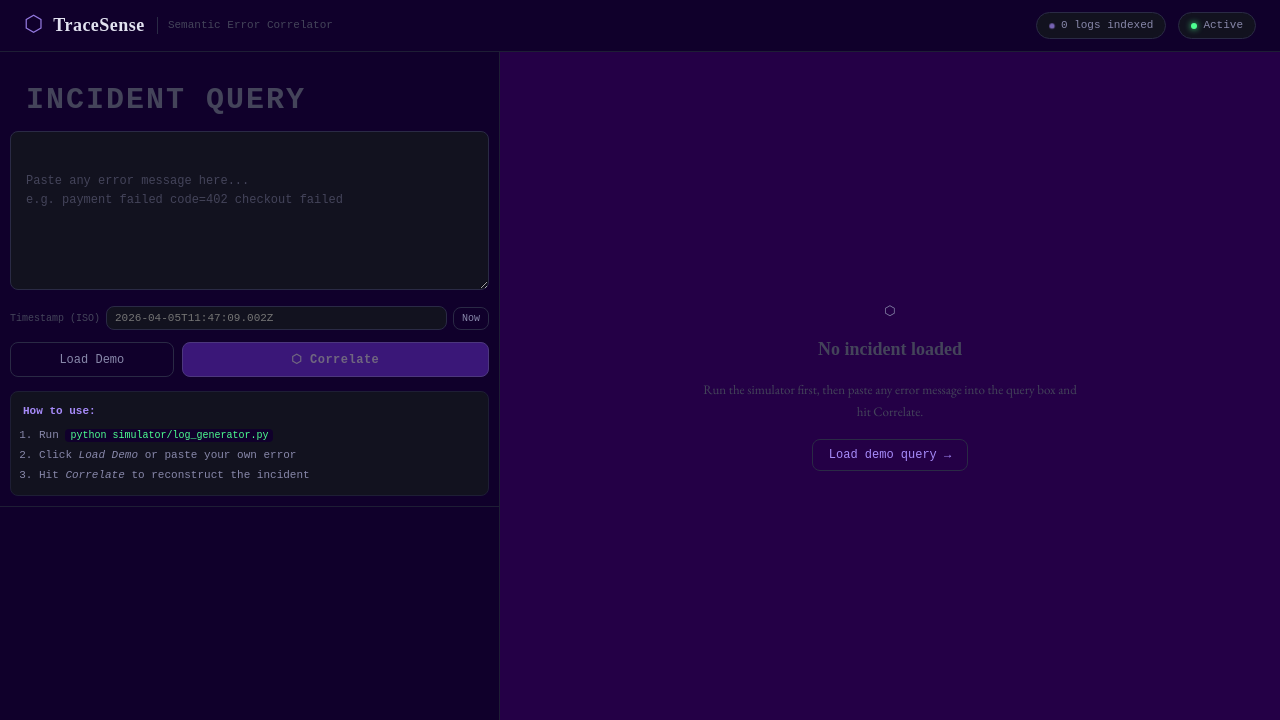
Repository: SaranyaM15/AI_Engineer_Journey
Page: / (app in tracesense/frontend/)
An editor plug-in stored every save of this project. The page is shown before and after the next save, followed by the edit.
The browser window is 1280 px wide. The pictures show the whole page.
The page's requests for data from a server got no answer. Some web fonts or font styles are not loaded; a fallback is used. The project was rebuilt for these pictures with package versions that can differ from the ones it lists, and the page was loaded fresh each time. No one was signed in, and anything a server would have sent is missing. Also part of the build but not shown: tracesense/frontend/vite.config.js, tracesense/frontend/src/components/Timeline.jsx, tracesense/frontend/src/components/LogFeed.jsx.

Above is the page before, as saved 2026-04-05 19:01:51.

After the next save:
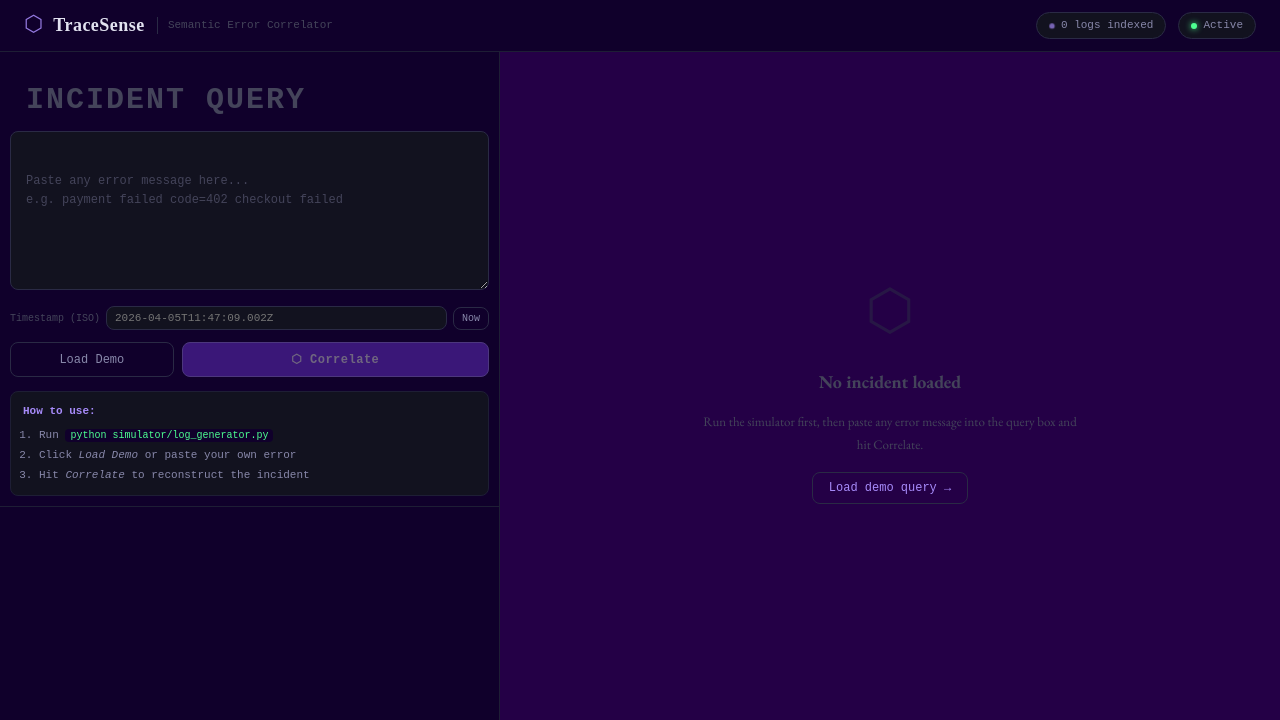
Saved 43 s later.
--- a/tracesense/frontend/src/App.css
+++ b/tracesense/frontend/src/App.css
@@ -429,9 +429,14 @@ body {
   to   { opacity: 1; }
 }
 
+.empty-icon {
+  font-size:  56px;
+  color:      var(--border2);
+  animation:  pulse-icon 4s ease-in-out infinite;
+}
 
 .empty-state h2 {
-  font-family: var(--display);
+ font-family: 'EB Garamond', serif;
   font-weight: 600;
   color:       var(--text3);
   font-size:   18px;
